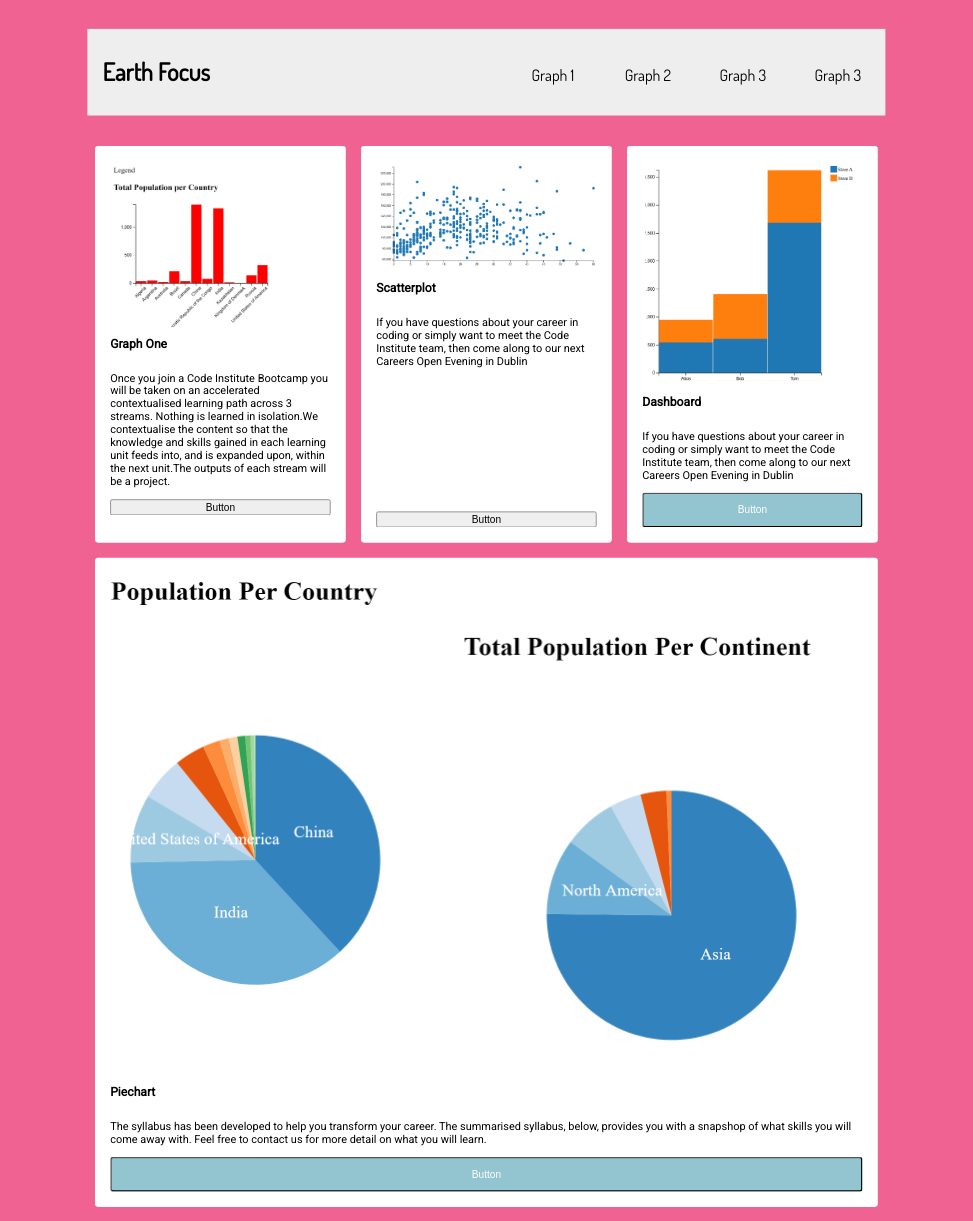
Repository: Code-Institute-Submissions/SOliv1-milestone2_NovResub
Page: index.html
The author's editor kept a record of every edit. The page is drawn from the files as they stood at one moment, then again after the next edit.
The browser window is 1280 px wide. The pictures show the whole page, at 76% of full size.
Some web libraries are served in a nearby version.

Above is the page before.

After the next edit:
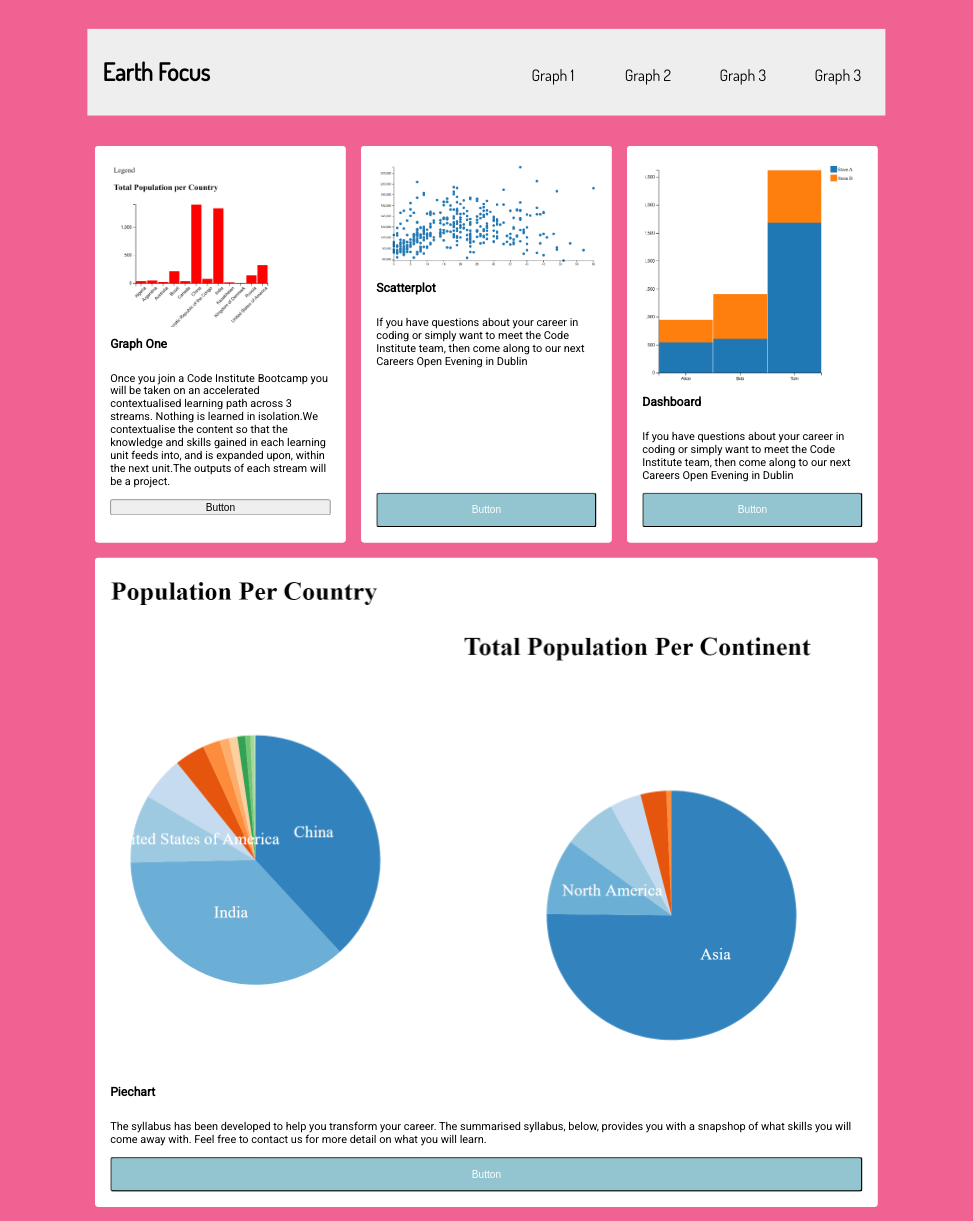
The edit:
--- a/index.html
+++ b/index.html
@@ -33,7 +33,7 @@
             <img class="card_image" src="img/2.png" alt="scatterplot icon">
             <h2 class="card_head">Scatterplot</h2>
             <p class="card_para">If you have questions about your career in coding or simply want to meet the Code Institute team, then come along to our next Careers Open Evening in Dublin</p>
-            <button id="button_effects2" class="graph2_button" href="graph1.html">Button</button>
+            <button id="button_effects2" class="bottom_button" href="graph1.html">Button</button>
             </div>
         <div class="card graph3">
             <img class="card_image" src="img/3.png" alt="graph icon">
